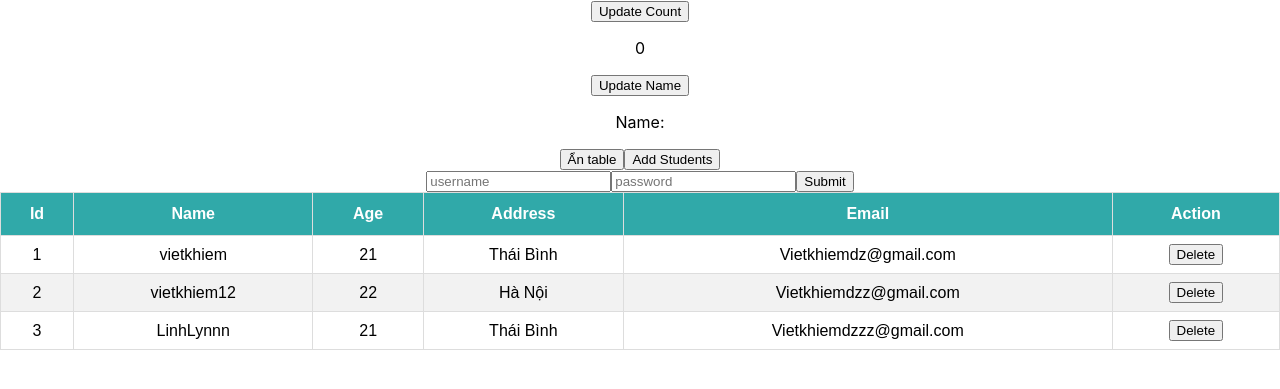
Repository: vietkhiem/TypeScript
Page: /
The author's editor kept a copy of each file at every save. The page is drawn from the files as they stood at one save, then again after the next save.
The browser window is 1280 px wide. The pictures show the whole page.
The project was rebuilt for these pictures with package versions that can differ from the ones it lists, and the page was loaded fresh each time.

Above is the page before, as saved 2022-03-18 18:02:07.

### src/App.tsx
import React, {useState} from 'react';
import './App.css';
import Login from './pages/login';
import TableCustom from './pages/table';


function App() {
  const [count, setCount] = useState<number>(0);
  const [name, setName] = useState<string>('');
  //state trang thai hien thi bang
  const [isShowTable, setShowTable] = useState<boolean>(true);
  const studentsData = [
    {
      name: 'vietkhiem',
      age: 21,
      address: 'Thái Bình',
      email: 'Vietkhiemdz@gmail.com',
      action: 'Delete'
    },
    {
      name: 'vietkhiem12',
      age: 22,
      address: 'Hà Nội',
      email: 'Vietkhiemdzz@gmail.com',
      action: 'Delete'
    },
    {
      name: 'LinhLynnn',
      age: 21,
      address: 'Thái Bình',
      email: 'Vietkhiemdzzz@gmail.com',
      action: 'Delete'
    }
  ]
  return (
    <div className="App">
      <button onClick={() => setCount(count+1)}>Update Count</button>
        <p>{count}</p>

      <button onClick={() => setName('viet khiem')}>Update Name</button>
        <p>Name: {name}</p>

        <button onClick={() => setShowTable(!isShowTable)}>
        {isShowTable === true ? 'Ẩn' : 'Hiện'}  table</button>

        <button onClick={() => setStudent()}>Add Students</button>
      {/* thêm view login vào trong App.tsx */}
        <Login />
        {/* thêm components table vào app */}
        {
          isShowTable === true
        ? <TableCustom rows={studentsData} />
        :null
        }

    </div>
  );
}

export default App;

### src/App.css
.App {
  text-align: center;
}

.App-link {
  color: #61dafb;
}

@keyframes App-logo-spin {
  from {
    transform: rotate(0deg);
  }
  to {
    transform: rotate(360deg);
  }
}
.customers {
  font-family: Arial, Helvetica, sans-serif;
  border-collapse: collapse;
  width: 100%;
}

.customers td, .customers th {
  border: 1px solid #ddd;
  padding: 8px;
}

.customers tr:nth-child(even){background-color: #f2f2f2;}

.customers tr:hover {background-color: #ddd;}

.customers th {
  padding-top: 12px;
  padding-bottom: 12px;
  text-align: center;
  background-color: rgb(48, 169, 169);
  color: white;
}

### src/pages/login/index.tsx
import React, {useState} from 'react'

export default function Login() {
  const [usernameValue, setUsernameValue] = useState<string>('');
  const [passwordValue, setPasswordValue] = useState<string>('');

  console.log(usernameValue, passwordValue);

  const onSubmit = () :any => {
    const data = {
      username: usernameValue,
      password: passwordValue
    };
    console.log(data)
  }
  return (
    <>
      <form action="">
        <input type="text"
        placeholder='username'
          onChange={(event) => setUsernameValue(event.target.value)}
        />
        <input type="password"
        placeholder='password'
        onChange={(event) => setPasswordValue(event.target.value)}
        />
        <button type='button' onClick={() => onSubmit()}>Submit</button>
      </form>
    </>
  )
}

### src/pages/table/index.tsx
import React from "react";

type row = {
  name: string,
  age: number,
  address: string,
  email: string,
  action: string
}
type TableProps = {
  rows: row[]
}
function Table({rows} : TableProps) {
    return (
      <>
        <table className="customers">
          <thead>
              <tr>
                <th>Id</th>
                <th>Name</th>
                <th>Age</th>
                <th>Address</th>
                <th>Email</th>
                <th>Action</th>
              </tr>
          </thead>
          <tbody>
              {
                rows.map((row, index) => (
                  <tr key={index}>
                    <td>{index +1}</td>
                    <td>{row.name}</td>
                    <td>{row.age}</td>
                    <td>{row.address}</td>
                    <td>{row.email}</td>
                    <td>
                      <button>{row.action}</button>
                    </td>
                  </tr>
                ))
              }
          </tbody>
        </table>
      </>
    );
}
export default Table;

Loaded but not shown: public/index.html (common file); src/index.tsx (common file); src/index.css (common file); src/reportWebVitals.ts (common file)

After the next save:
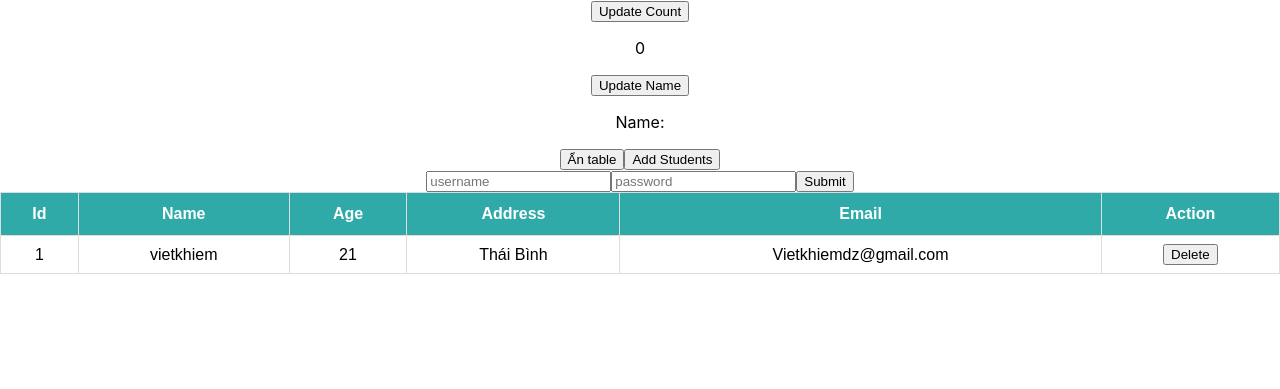
Saved 4 min 5 s later.
--- a/src/App.tsx
+++ b/src/App.tsx
@@ -1,8 +1,15 @@
+import { type } from '@testing-library/user-event/dist/type';
 import React, {useState} from 'react';
 import './App.css';
 import Login from './pages/login';
 import TableCustom from './pages/table';
 
+type Student = {
+  name: string,
+  age: number,
+  address: string,
+  phone: number
+}
 
 function App() {
   const [count, setCount] = useState<number>(0);
@@ -15,20 +22,6 @@ function App() {
       age: 21,
       address: 'Thái Bình',
       email: 'Vietkhiemdz@gmail.com',
-      action: 'Delete'
-    },
-    {
-      name: 'vietkhiem12',
-      age: 22,
-      address: 'Hà Nội',
-      email: 'Vietkhiemdzz@gmail.com',
-      action: 'Delete'
-    },
-    {
-      name: 'LinhLynnn',
-      age: 21,
-      address: 'Thái Bình',
-      email: 'Vietkhiemdzzz@gmail.com',
       action: 'Delete'
     }
   ]
